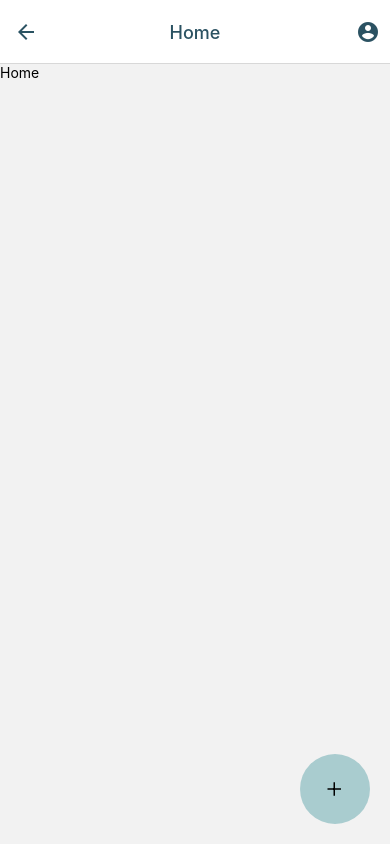
Repository: SaudCh/Expo-Pethub
Screen: /Home
These files come from the project's save history. The screen is drawn as it stood at one moment and after the next save; the edit follows.
The app was drawn by React Native's web renderer in a window 390 px wide. The project was rebuilt for these pictures with package versions that can differ from the ones it lists, and the page was loaded fresh each time. Also part of the build but not shown: Screens/Signup.js, Screens/Profile.js, Screens/UpdateProfile.js, Screens/ForgetPassword.js.

Above is the screen before, as saved 2022-11-15 00:51:38.

After the next save:
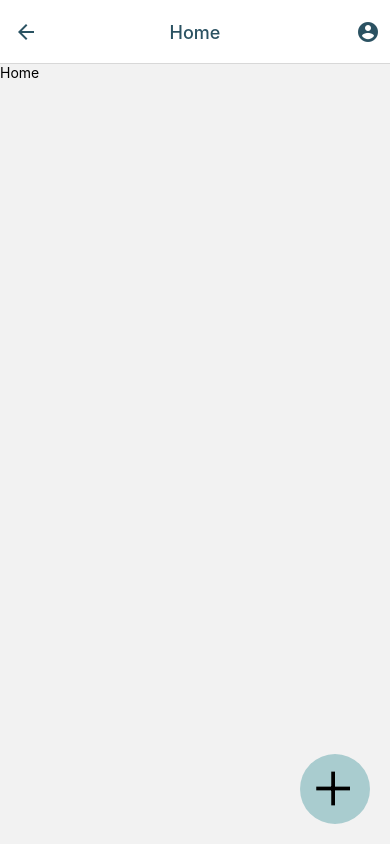
Saved 8 s later.
--- a/Screens/Home.js
+++ b/Screens/Home.js
@@ -8,7 +8,7 @@ export default function Home() {
       <Text>Home</Text>
 
       <TouchableOpacity style={{ ...styles.floatingPoint }}>
-        <Ionicons name="add" size={24} color="black" />
+        <Ionicons name="add" size={60} color="black" />
       </TouchableOpacity>
     </View>
   )
